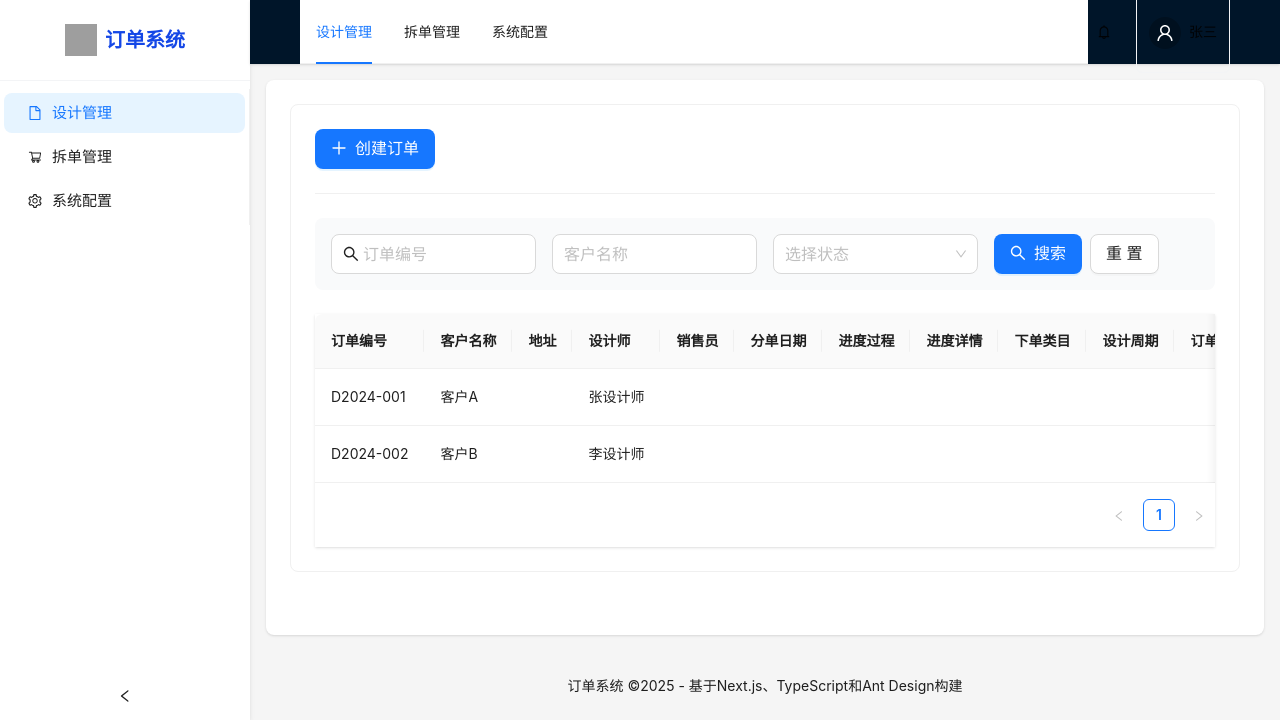
Repository: Garyxiwang/order_system
Page: /design (app in front/)
These files come from the project's save history. The page is drawn as it stood at one moment and after the next save; the edit follows.
The browser window is 1280 px wide. The pictures show the whole page.
Pictures or frames that could not be fetched are drawn as grey boxes. The project was rebuilt for these pictures with package versions that can differ from the ones it lists, and the page was loaded fresh each time. The framework's server and built-in components were replaced by stand-ins that run in the browser. Also part of the build but not shown: front/next.config.js, front/next.config.ts.

Above is the page before, as saved 2025-08-04 14:27:44.

After the next save:
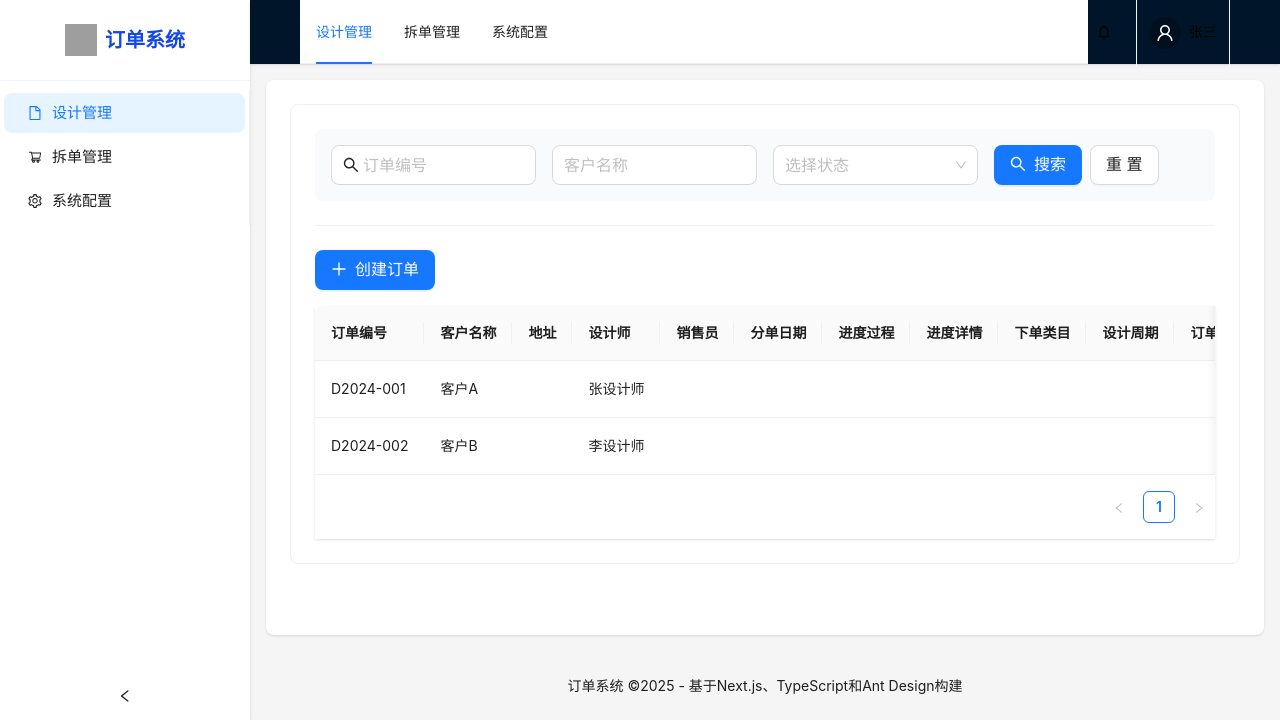
Saved 23 s later.
--- a/front/src/app/design/page.tsx
+++ b/front/src/app/design/page.tsx
@@ -136,18 +136,6 @@ const DesignPage: React.FC = () => {
       <Row gutter={[16, 16]}>
         <Col span={24}>
           <Card variant="outlined" className="shadow-none">
-            <div className="flex justify-between items-center mb-4">
-              <Button
-                type="primary"
-                icon={<PlusOutlined />}
-                size="large"
-                className="bg-blue-600 hover:bg-blue-700"
-              >
-                创建订单
-              </Button>
-            </div>
-            <Divider className="my-4" />
-
             <div>
               {/* 搜索和过滤区域 */}
               <div className="mb-6 bg-gray-50 p-4 rounded-lg">
@@ -193,6 +181,17 @@ const DesignPage: React.FC = () => {
                     </Space>
                   </Col>
                 </Row>
+              </div>
+              <Divider className="my-4" />
+              <div className="flex justify-between items-center mb-4">
+                <Button
+                  type="primary"
+                  icon={<PlusOutlined />}
+                  size="large"
+                  className="bg-blue-600 hover:bg-blue-700"
+                >
+                  创建订单
+                </Button>
               </div>
 
               {/* 表格区域 */}
